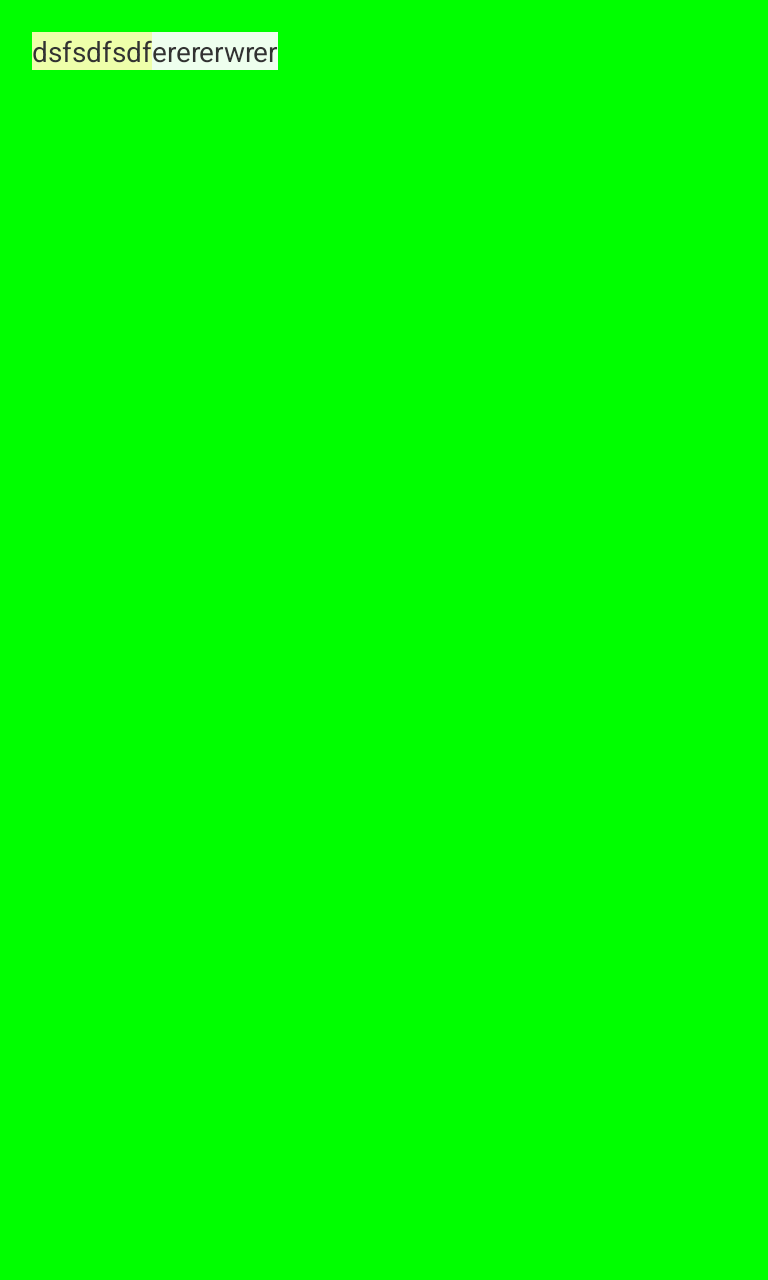
Repository: founderzhl/MarsAndroid
Layout: S01_E12_Weight/res/layout/activity_main.xml
An editor plug-in stored every save of this project. The layout is shown before and after the next save, followed by the edit.
It is drawn on a 768 x 1280 px phone screen (xhdpi) without system bars, with theme AppTheme; the app's code is not run.

Above is the layout before, as saved 2015-01-15 16:07:14.

After the next save:
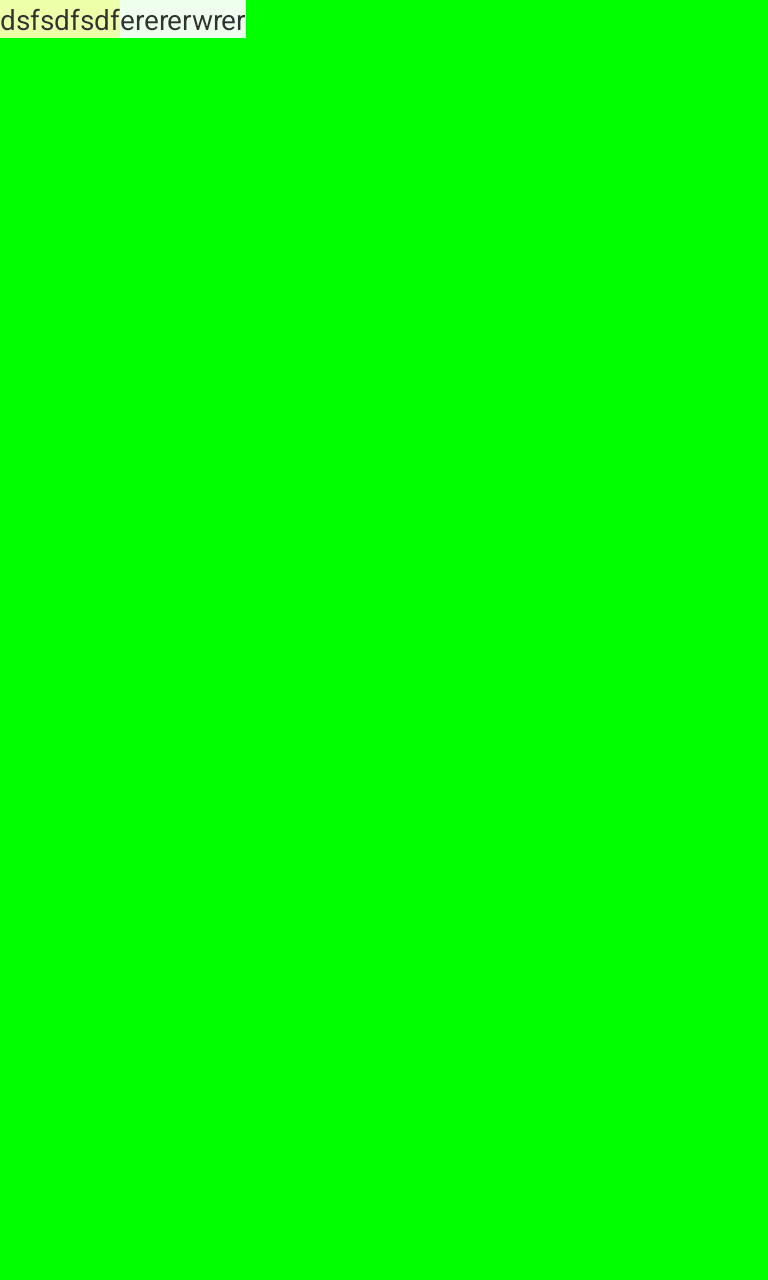
Saved 49 s later.
--- a/S01_E12_Weight/res/layout/activity_main.xml
+++ b/S01_E12_Weight/res/layout/activity_main.xml
@@ -4,15 +4,11 @@
     android:layout_height="match_parent"
     android:background="#00ff00"
     android:orientation="horizontal"
-    android:paddingBottom="@dimen/activity_vertical_margin"
-    android:paddingLeft="@dimen/activity_horizontal_margin"
-    android:paddingRight="@dimen/activity_horizontal_margin"
-    android:paddingTop="@dimen/activity_vertical_margin"
     tools:context="com.example.s01_e12_weight.MainActivity" >
 
     <LinearLayout
         android:layout_width="match_parent"
-        android:layout_height="match_parent">
+        android:layout_height="41dp" >
 
         <TextView
             android:layout_width="wrap_content"
